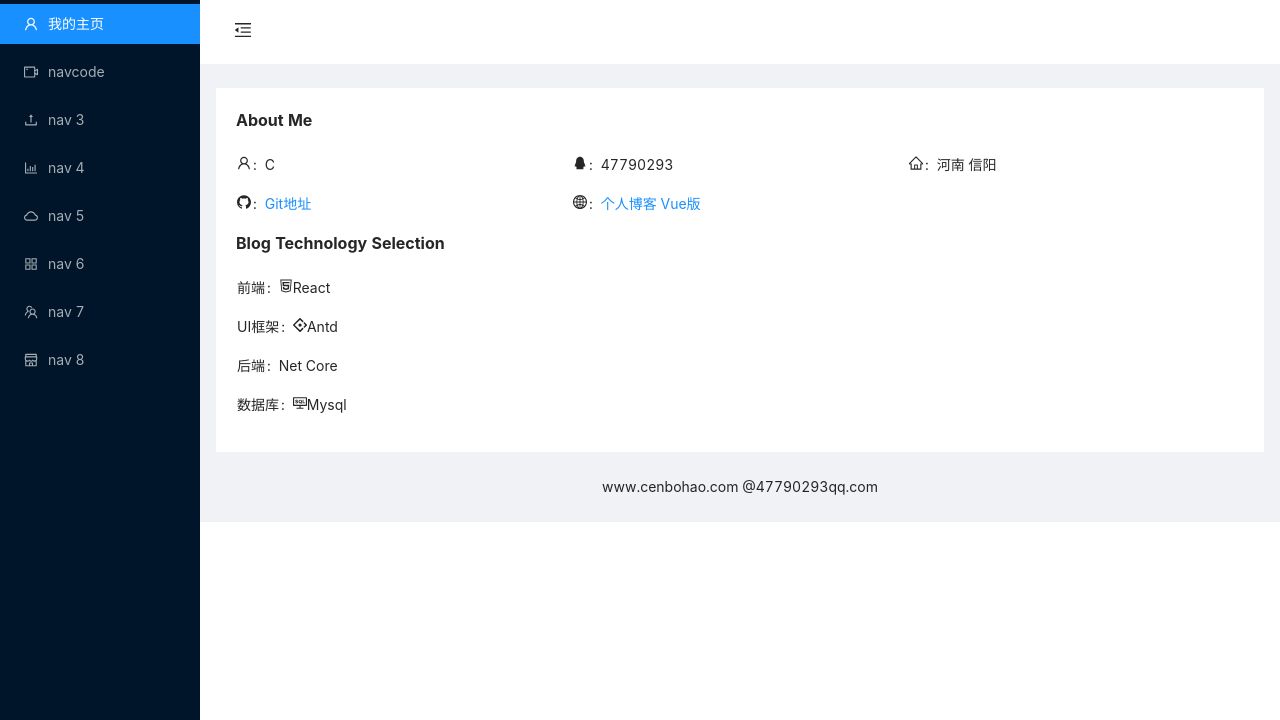
Repository: CBH20010703/bolgsweb
Page: /index (app in blogs/)
The author's editor kept a copy of each file at every save. The page is drawn from the files as they stood at one save, then again after the next save.
The browser window is 1280 px wide. The pictures show the whole page.
The project was rebuilt for these pictures with package versions that can differ from the ones it lists, and the page was loaded fresh each time. Also part of the build but not shown: blogs/src/view/Login/Login.jsx, blogs/src/component/Menu/MenuList.css, blogs/src/view/Home/Home.css, blogs/src/view/NavCode/NavCode.css, blogs/src/view/NavCode/NavCode.jsx, blogs/src/view/404/Error.jsx.

Above is the page before, as saved 2021-06-27 22:42:49.

### blogs/src/index.js
import React from 'react';
import ReactDOM from 'react-dom';
import './index.css';
import App from './App';
import { BrowserRouter} from 'react-router-dom'


ReactDOM.render(<BrowserRouter><App /></BrowserRouter>,document.getElementById('root'));

### blogs/src/App.js
import './App.css';
import { React, Component } from "react";

import  RouterMap from "./router/RouterMap"
export default class  App extends Component {
  constructor(props) {
    super(props);
    this.state = {  collapsed: false, }
  }
  toggle = (data) => {
     console.log(data)
    this.setState({
      collapsed: data,
    });
  };
  render() {
    return (
      <RouterMap/>
    );
  }
}

### blogs/src/router/RouterMap.js
import React from 'react'
import {  Route, Switch} from 'react-router-dom'
import Login from "../view/Login/Login"
import Context from '../view/context/context'
import Error from '../view/404/Error'
export default class RouterMap  extends React.Component {
    render() {
        return (


            <Switch>
                 <Route  path="/"  component={Context}/>
                <Route path="/login" component={Login} />

                    <Route path="*" component={Error} />

               </Switch>


        )
    }
}

### blogs/src/view/context/context.jsx

import { React, Component } from "react";
import Headers from '../../component/Header/Headers';
import MenuList from '../../component/Menu/MenuList';
import Footers from '../../component/Footer/Footers';

import { Layout } from 'antd';
import { Redirect, Route, Switch } from 'react-router-dom'
import Home from "../Home/Home.jsx";
import Navcode from "../NavCode/NavCode.jsx"
import Error from "../404/Error";
const { Content, Sider } = Layout;
export default class Context extends Component {
  constructor(props) {
    super(props);
    this.state = { collapsed: false, }
  }
  toggle = (data) => {
    console.log(data)
    this.setState({
      collapsed: data,
    });
  };
  render() {
    return (

      <Layout>
        <Sider trigger={null} collapsible collapsed={this.state.collapsed}
          style={{
            overflow: 'auto',
            height: '100vh',
            position: 'fixed',
            left: 0,
          }}
        >
          <MenuList />
        </Sider>
        <Layout className="site-layout" style={{ paddingLeft: this.state.collapsed ? "60px" : "200px", transition: "0.1s ease" }}>
          <Headers toggle={this.toggle} parent={this.state.collapsed}></Headers>
          <Content style={{ margin: '24px 16px 0', height: "auto", background: "#fff" }}>
            <Switch>
              <Route path="/index" component={Home} />
              <Route path="/NavCode" component={Navcode} />
              <Route path="*" component={Error} />
              <Redirect to="/index"></Redirect>
            </Switch>
          </Content>
          <Footers />
        </Layout>
      </Layout>


    );
  }
}

### blogs/src/component/Header/Headers.jsx
import React, { Component } from 'react'
import { Layout } from 'antd';


import {
  MenuUnfoldOutlined,
  MenuFoldOutlined,
} from '@ant-design/icons';
import "./Headers.css"
const { Header } = Layout;
export default class Headers extends Component {
    constructor(props) {
        super(props)
        this.state = {
            isShow:false
        }
    }
    Tab = () => {
        let { isShow } = this.state;
        this.setState({
            isShow:!isShow
        })
        this.props.toggle(!isShow);

    }
    render() {

        return (

                <Header className="site-layout-background" style={{ paddingLeft:"10px" }} >
                     {React.createElement(this.state.isShow ? MenuUnfoldOutlined : MenuFoldOutlined, {
              className: 'trigger',
                         onClick: this.Tab,

            })}
                </Header>

        )
    }
}

### blogs/src/component/Menu/MenuList.jsx
import React, { Component } from 'react'
import { Menu } from 'antd';
import {Link} from 'react-router-dom'
import "./MenuList.css"
import {
  AppstoreOutlined,
  BarChartOutlined,
  CloudOutlined,
  ShopOutlined,
  TeamOutlined,
  UserOutlined,
  UploadOutlined,
  VideoCameraOutlined,
} from '@ant-design/icons';
export default class MenuList extends Component {
  render() {
    return (

         <Menu theme="dark" mode="inline" defaultSelectedKeys={['1']}>
          <Menu.Item key="1"  icon={<UserOutlined />}>
          <Link to="/index"> 我的主页
            </Link>

          </Menu.Item>
          <Menu.Item key="2" icon={<VideoCameraOutlined />}>
          <Link to="/NavCode"> navcode
            </Link>

          </Menu.Item>
          <Menu.Item key="3" icon={<UploadOutlined />}>
            nav 3
          </Menu.Item>
          <Menu.Item key="4" icon={<BarChartOutlined />}>
            nav 4
          </Menu.Item>
          <Menu.Item key="5" icon={<CloudOutlined />}>
            nav 5
          </Menu.Item>
          <Menu.Item key="6" icon={<AppstoreOutlined />}>
            nav 6
          </Menu.Item>
          <Menu.Item key="7" icon={<TeamOutlined />}>
            nav 7
          </Menu.Item>
          <Menu.Item key="8" icon={<ShopOutlined />}>
            nav 8
          </Menu.Item>
        </Menu>
    )
  }
}

### blogs/src/component/Footer/Footers.jsx
import React, { Component } from 'react'
import { Layout } from 'antd';
const {  Footer } = Layout;
export default class Footers extends Component {
    render() {
        return (
            <div>
               <Footer style={{ textAlign: 'center' }}>www.cenbohao.com @47790293qq.com</Footer>
            </div>
        )
    }
}

### blogs/src/view/Home/Home.jsx
import React, { Component } from 'react'
import "./Home.css"
import { Descriptions } from 'antd';
import { UserOutlined, QqOutlined, HomeOutlined, GithubOutlined, ConsoleSqlOutlined, GlobalOutlined, Html5Outlined, AntDesignOutlined } from '@ant-design/icons';
export default class Home extends Component {

    handleClick = e => {
        console.log('click ', e);
    };
    render() {
        return (

            <div style={{ padding: "20px" }}>
                <Descriptions title="About Me">
                    <Descriptions.Item label={<UserOutlined />}>C</Descriptions.Item>
                    <Descriptions.Item label={<QqOutlined />}>47790293</Descriptions.Item>
                    <Descriptions.Item label={<HomeOutlined />}>河南 信阳</Descriptions.Item>
                    <Descriptions.Item label={<GithubOutlined />}><a href="https://github.com/CBH20010703"  >Git地址</a></Descriptions.Item>
                    <Descriptions.Item label={<GlobalOutlined />} span={2}>
                        <a href="http://www.cenbohao.com/">个人博客 Vue版</a>
                    </Descriptions.Item>
                </Descriptions>

                <Descriptions title="Blog Technology Selection">
                    <Descriptions.Item span={3} label="前端"><Html5Outlined /> React</Descriptions.Item>
                    <Descriptions.Item span={3} label="UI框架"><AntDesignOutlined />Antd</Descriptions.Item>
                    <Descriptions.Item span={3} label="后端">Net Core</Descriptions.Item>
                    <Descriptions.Item span={3} label="数据库"><ConsoleSqlOutlined />Mysql</Descriptions.Item>

                </Descriptions>
            </div>

        )
    }
}

### blogs/src/component/Header/Headers.css
.site-layout .site-layout-background {
    background: #fff;
}

 .trigger {
    padding: 0 24px;
    font-size: 18px;
    line-height: 64px;
    cursor: pointer;
    transition: color 0.3s;
}

 .trigger:hover {
    color: #1890ff;
}

Loaded but not shown: blogs/public/index.html (common file); blogs/src/index.css (common file); blogs/src/App.css (common file)

After the next save:
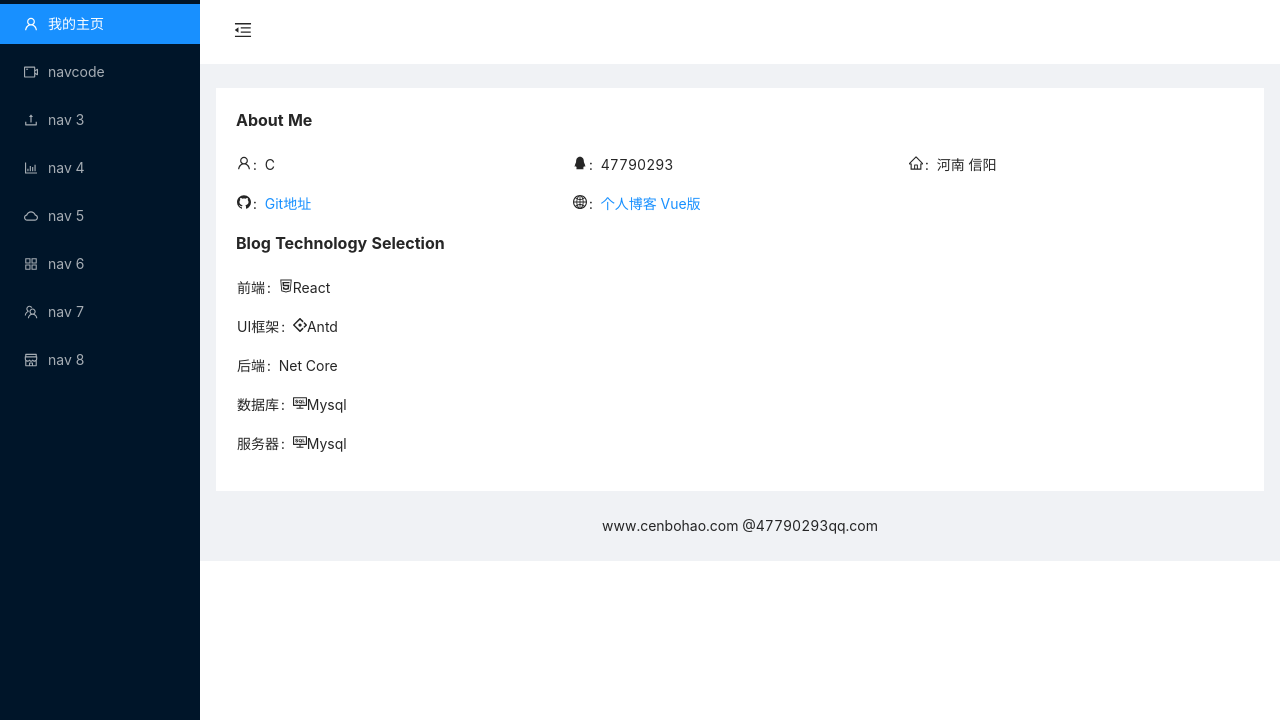
Saved 27 s later.
--- a/blogs/src/view/Home/Home.jsx
+++ b/blogs/src/view/Home/Home.jsx
@@ -26,7 +26,7 @@ export default class Home extends Component {
                     <Descriptions.Item span={3} label="UI框架"><AntDesignOutlined />Antd</Descriptions.Item>
                     <Descriptions.Item span={3} label="后端">Net Core</Descriptions.Item>
                     <Descriptions.Item span={3} label="数据库"><ConsoleSqlOutlined />Mysql</Descriptions.Item>
-
+                    <Descriptions.Item span={3} label="服务器"><ConsoleSqlOutlined />Mysql</Descriptions.Item>
                 </Descriptions>
             </div>
 
